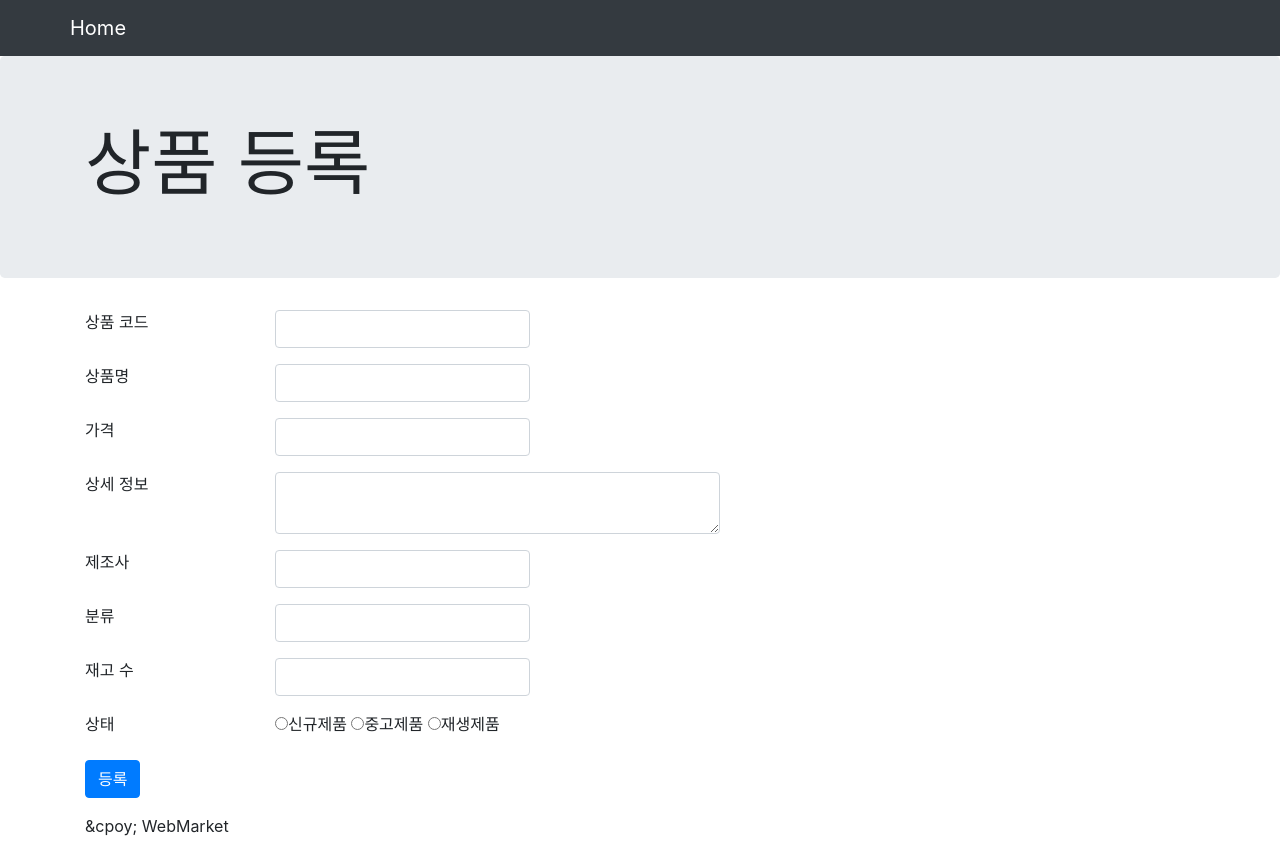
Repository: pojh5090/JspProgramming
Page: http://localhost/WebMarket/addProduct.jsp
The author's editor kept a copy of each file at every save. The page is drawn from the files as they stood at one save, then again after the next save.
The browser window is 1280 px wide. The pictures show the whole page.
The page is served by Tomcat 9.

Above is the page before, as saved 2020-04-12 09:46:12.

### WebMarket/WebContent/addProduct.jsp
 <%@ page language="java" contentType="text/html; charset=UTF-8"%>
<%@ page import="java.util.ArrayList" %>
<%@ page import="dto.Product" %>
<jsp:useBean id="productDAO" class="dao.ProductRepository" scope="session" />
<html>
<head>
<link rel="stylesheet" href="http://maxcdn.bootstrapcdn.com/bootstrap/4.0.0/css/bootstrap.min.css">
<title>상품 등록</title>
</head>
<body>
	<jsp:include page="menu.jsp" />
	<div class="jumbotron">
		<div class="container">
			<h1 class="display-3">상품 등록</h1>
		</div>
	</div>
	<div class="container">
		<form name="newProduct" action="./processAddProduct.jsp" class="form-horizontal" method="post">
			<div class="form-group row">
				<label class="col-sm-2">상품 코드</label>
				<div class="col-sm-3">
					<input type="text" name="productId" class="form-control">
				</div>
			</div>
			<div class="form-group row">
				<label class="col-sm-2">상품명</label>
				<div class="col-sm-3">
					<input type="text" name="name" class="form-control">
				</div>
			</div>
			<div class="form-group row">
				<label class="col-sm-2">가격</label>
				<div class="col-sm-3">
					<input type="text" name="unitPrice" class="form-control">
				</div>
			</div>
			<div class="form-group row">
				<label class="col-sm-2">상세 정보</label>
				<div class="col-sm-5">
					<textarea name="description" cols="50" rows="2" class="form-control"></textarea>
 				</div>
			</div>
			<div class="form-group row">
				<label class="col-sm-2">제조사</label>
				<div class="col-sm-3">
					<input type="text" name="manufacturer" class="form-control">
				</div>
			</div>
			<div class="form-group row">
				<label class="col-sm-2">분류</label>
				<div class="col-sm-3">
					<input type="text" name="category" class="form-control">
				</div>
			</div>
			<div class="form-group row">
				<label class="col-sm-2">재고 수</label>
				<div class="col-sm-3">
					<input type="text" name="unitsInStock" class="form-control">
				</div>
			</div>
			<div class="form-group row">
				<label class="col-sm-2">상태</label>
				<div class="col-sm-3">
					<input type="radio" name="condition" value="New">신규제품
					<input type="radio" name="condition" value="Old">중고제품
					<input type="radio" name="condition" value="Refurbished">재생제품
				</div>
			</div>
			<div class="form-group row">
				<div class="col-sm-offset-2 col-sm-10">
					<input type="submit" class="btn btn-primary" value="등록">
				</div>
			</div>
		</form>
	</div>
	<jsp:include page="footer.jsp" />
</body>
</html>

### WebMarket/WebContent/menu.jsp
<nav class="navbar navbar-expand navbar-dark bg-dark">
	<div class="container">
		<div class="navbar-header">
			<a class="navbar-brand" href="./Welcome.jsp">Home</a>
		</div>
	</div>
</nav>

### WebMarket/WebContent/footer.jsp
<footer class="container">
	<p>&cpoy; WebMarket</p>
</footer>

### WebMarket/src/dao/ProductRepository.java
package dao;

import java.util.ArrayList;

import dto.Product;

public class ProductRepository {

	public Product getProductById(String productId) {
		Product productById = null;

		for(int i = 0; i < listOfProducts.size(); i++) {
			Product product = listOfProducts.get(i);
			if (product != null && product.getProductId() != null && product.getProductId().equals(productId)) {
				productById = product;
				break;
			}
		}
		return productById;
	}   ////이 함수는 상품 목록에서 상품 아이디와 일치하는 상품을 가져오는 메소드를 작성하는거임~~

	private ArrayList<Product> listOfProducts = new ArrayList<Product>();
	private static ProductRepository instance = new ProductRepository();

	public static ProductRepository getInstance() {
		return instance;
	}

	public void addProduct(Product product) {
		listOfProducts.add(product);
	}

	public ProductRepository() {
		Product phone = new Product("P1234", "iPhone 8", 800000);
		phone.setDescription("4.7-inch, 1334X750 Renina HD display, 8-megapixcel iSight Camera");
		phone.setCategory("Smart Phone");
		phone.setManufacturer("Apple");
		phone.setUnitsInStock(1000);
		phone.setCondition("New");

		Product notebook = new Product("P1235", "LG PC 그램", 1500000);
		notebook.setDescription("13.3-inch, IPS LED display, 5rd Generation Intel Core processors");
		notebook.setCategory("Notebook");
		notebook.setManufacturer("LG");
		notebook.setUnitsInStock(1000);
		notebook.setCondition("Refurbished");

		Product tablet = new Product("P1236", "Galaxy Tab S", 900000);
		tablet.setDescription("212.8*125.6*6.6mm, Super AMOLED display, Octa-Core processor");
		tablet.setCategory("Tablet");
		tablet.setManufacturer("Samsung");
		tablet.setUnitsInStock(1000);
		tablet.setCondition("Old");

		listOfProducts.add(phone);
		listOfProducts.add(notebook);
		listOfProducts.add(tablet);
	}

	public ArrayList<Product> getAllProducts() {
		return listOfProducts;
	}

}

### WebMarket/src/dto/Product.java
package dto;

import java.io.Serializable;

public class Product implements Serializable {

	private static final long serialVersionUID = -4274700572038677000L;

	private String productId;      //상품 아이디
	private String pname;          //상품명
	private Integer unitPrice;     //상품 가격
	private String description;    //상품 설명
	private String manufacturer;   //제조사
	private String category;      //분류
	private long unitsInStock;    //재고 수
	private String condition;     //신상품 or 중고품 or 재생품

	public Product() {
		super();
		// TODO Auto-generated constructor stub
	}

	public Product(String productId, String pname, Integer unitPrice) {
		super();
		this.productId = productId;
		this.pname = pname;
		this.unitPrice = unitPrice;
	}

	public String getProductId() {
		return productId;
	}

	public void setProductId(String productId) {
		this.productId = productId;
	}

	public String getPname() {
		return pname;
	}

	public void setPname(String pname) {
		this.pname = pname;
	}

	public Integer getUnitPrice() {
		return unitPrice;
	}

	public void setUnitPrice(Integer unitPrice) {
		this.unitPrice = unitPrice;
	}

	public String getDescription() {
		return description;
	}

	public void setDescription(String description) {
		this.description = description;
	}

	public String getManufacturer() {
		return manufacturer;
	}

	public void setManufacturer(String manufacturer) {
		this.manufacturer = manufacturer;
	}

	public String getCategory() {
		return category;
	}

	public void setCategory(String category) {
		this.category = category;
	}

	public long getUnitsInStock() {
		return unitsInStock;
	}

	public void setUnitsInStock(long unitsInStock) {
		this.unitsInStock = unitsInStock;
	}

	public String getCondition() {
		return condition;
	}

	public void setCondition(String condition) {
		this.condition = condition;
	}

}

After the next save:
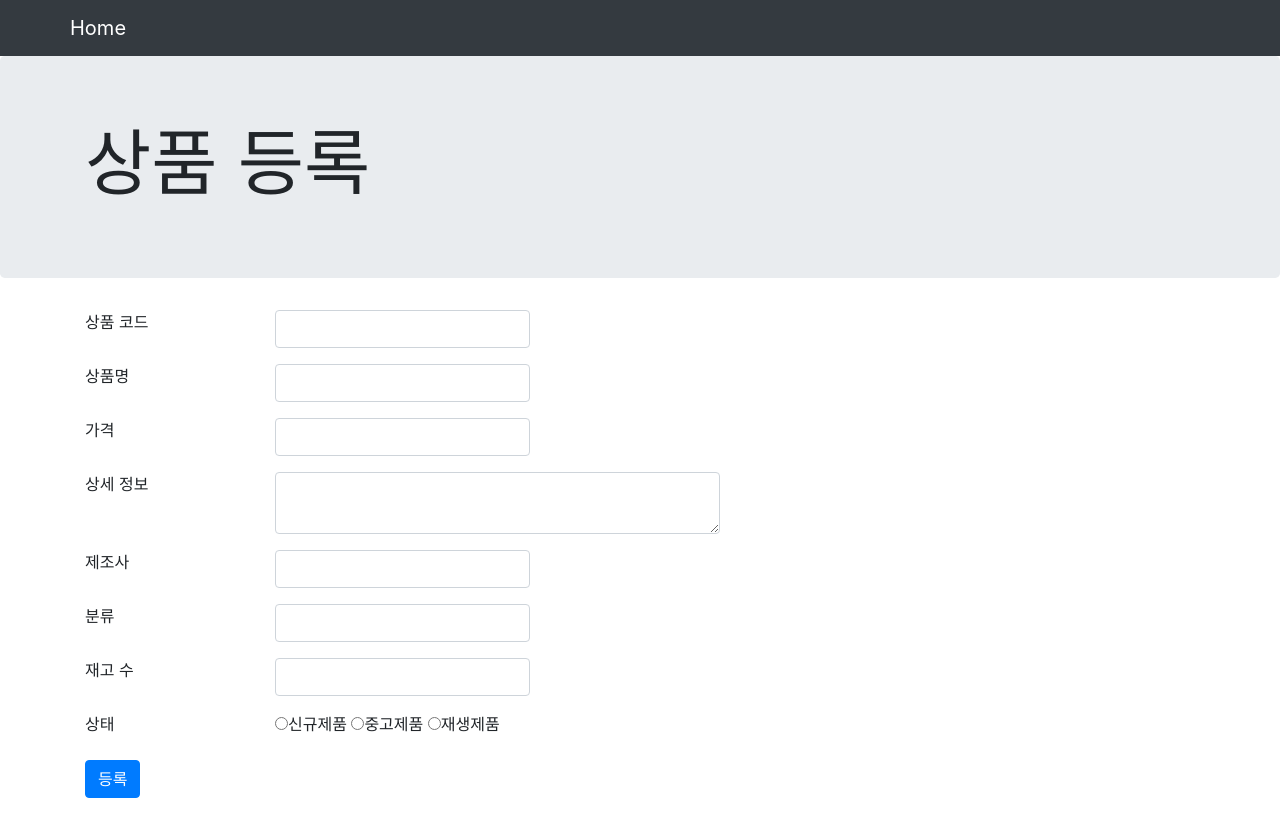
Saved 47 s later.
--- a/WebMarket/WebContent/addProduct.jsp
+++ b/WebMarket/WebContent/addProduct.jsp
@@ -73,6 +73,5 @@
 			</div>
 		</form>
 	</div>
-	<jsp:include page="footer.jsp" />
 </body>
 </html>
